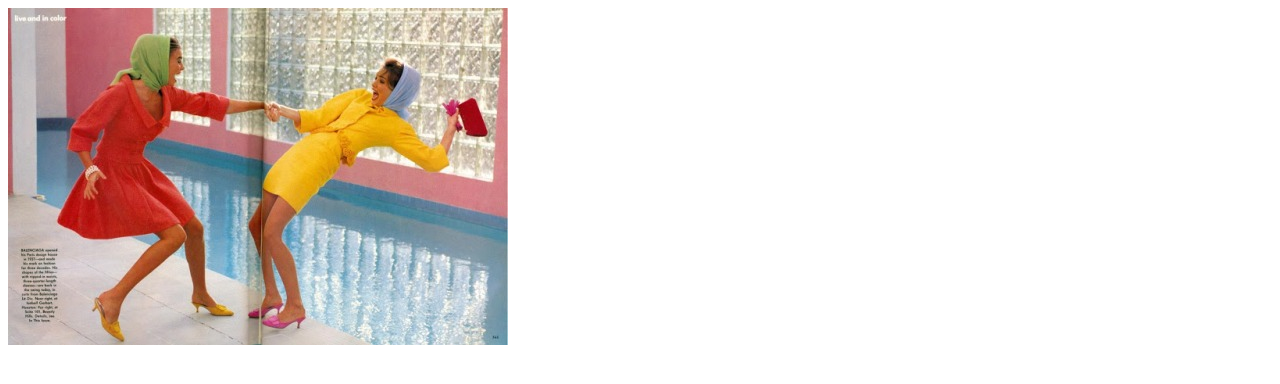
Repository: zhanj122/zhanj122.github.io
Page: 36_things/feb14_2_2.html
The author's editor kept a record of every edit. The page is drawn from the files as they stood at one moment, then again after the next edit.
The browser window is 1280 px wide. The pictures show the whole page.

Above is the page before.

### 36_things/feb14_2_2.html
<html>

    <head>
        <link rel="stylesheet" href="assets/css/things_styles.css">
        <title>thing 5</title>
    </head>

    <body>
        <div class="wrapper">
            <img src="assets/things/feb14_2_1.jpg">
        </div>

</html>

### 36_things/assets/css/things_styles.css
.content img {
    max-height: 500px;
    margin-bottom: 4px;
}

After the next edit:
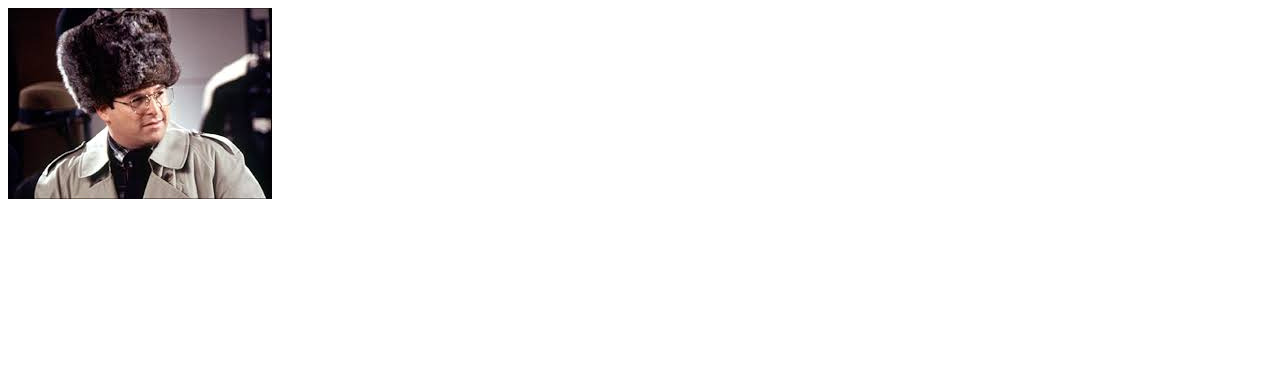
The edit:
--- a/36_things/feb14_2_2.html
+++ b/36_things/feb14_2_2.html
@@ -7,7 +7,7 @@
 
     <body>
         <div class="wrapper">
-            <img src="assets/things/feb14_2_1.jpg">
+            <img src="assets/things/feb14_2_2.jpeg">
         </div>
 
 </html>
